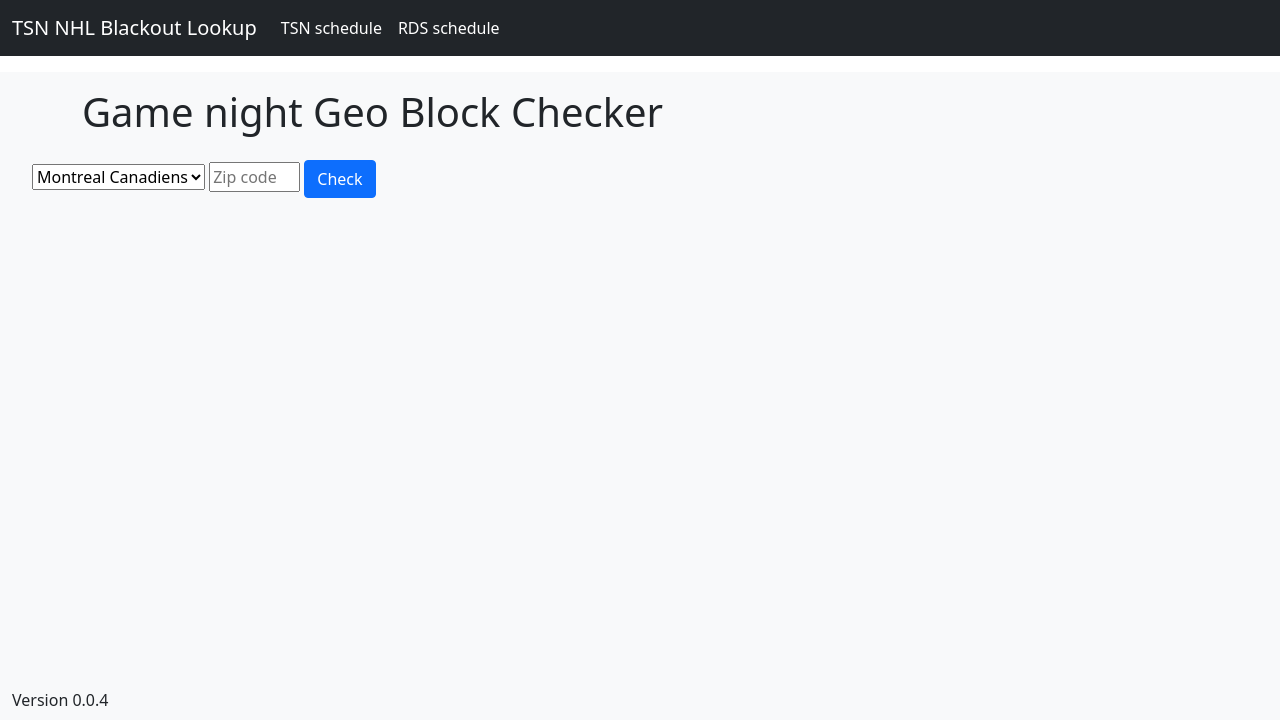
Repository: teban004/blackoutCheck
Page: index.html
These files come from the project's save history. The page is drawn as it stood at one moment and after the next save; the edit follows.
The browser window is 1280 px wide. The pictures show the whole page.

Above is the page before, as saved 2022-01-14 14:56:18.

### index.html
<!DOCTYPE html>
<html lang="en">
<head>
	<meta charset="UTF-8">
	<meta http-equiv="X-UA-Compatible" content="IE=edge">
	<meta name="viewport" content="width=device-width, initial-scale=1.0">
	<title>Blackout Check</title>
	<!-- favicon -->
	<link rel="icon" href="https://www.tsn.ca/content/dam/sports/images/favicon/tsn/favicon.ico" type="image/x-icon" sizes="16x16 32x32 48x48">
	<!-- CSS Section-->
	<link href="https://cdn.jsdelivr.net/npm/bootstrap@5.1.3/dist/css/bootstrap.min.css" rel="stylesheet" integrity="sha384-1BmE4kWBq78iYhFldvKuhfTAU6auU8tT94WrHftjDbrCEXSU1oBoqyl2QvZ6jIW3" crossorigin="anonymous">

	<link rel="stylesheet" href="https://cdnjs.cloudflare.com/ajax/libs/font-awesome/4.7.0/css/font-awesome.min.css">

	<link rel="stylesheet" href="./Content/app.css">

</head>
<body class="d-flex flex-column">

	<header>
		<nav class="navbar navbar-expand-lg navbar-dark bg-dark">
			<div class="container-fluid">
				<a class="navbar-brand" href="#">TSN NHL Blackout Lookup</a>
				<button class="navbar-toggler" type="button" data-bs-toggle="collapse" data-bs-target="#navbarSupportedContent" aria-controls="navbarSupportedContent" aria-expanded="false" aria-label="Toggle navigation">
					<span class="navbar-toggler-icon"></span>
				</button>
				<div class="collapse navbar-collapse" id="navbarSupportedContent">
					<ul class="navbar-nav ml-auto mb-2 mb-lg-0">
						<li class="nav-item">
							<a class="nav-link active" aria-current="page" href="https://www.tsn.ca/live/schedule" target="blank">TSN schedule</a>
						</li>
						<li class="nav-item">
							<a class="nav-link active" aria-current="page" href="https://www.rds.ca/emissions/horaire?axisVideoId=68996" target="blank">RDS schedule</a>
						</li>
					</ul>
				</div>
			</div>
		</nav>
	</header>

	<main class="container-fluid flex-fill p-3 my-3 bg-light text-dark">
		<div class="container">
			<h1>Game night Geo Block Checker</h1>
		</div>
		<div class="row">
			<div class="col-md-4">
				<div class="container p-3">
					<select name="team" id="team">
						<option value="Canadiens">Montreal Canadiens</option>
						<option value="Leafs">Toronto Leafs</option>
						<option value="Senators">Ottawa Senators</option>
						<option value="Jets">Winnipeg Jets</option>
					</select>
					<input type="text" name="zipCode" id="zipCode" maxlength="3" size="4" placeholder="Zip code">
					<button id="checkButton" class="btn btn-primary">Check</button>
				</div>
			</div>
			<div class="col-md-8">
				<div id="result"></div>
			</div>
		</div>
	</main>

	<footer>
		<nav class="navbar fixed-bottom navbar-secondary bg-light">
			<div class="container-fluid">
				<h7>Version 0.0.4</h7>
			</div>
		</nav>
	</footer>

	<!-- JavaScript Section-->
	<script src="https://cdn.jsdelivr.net/npm/bootstrap@5.1.3/dist/js/bootstrap.bundle.min.js" integrity="sha384-ka7Sk0Gln4gmtz2MlQnikT1wXgYsOg+OMhuP+IlRH9sENBO0LRn5q+8nbTov4+1p" crossorigin="anonymous"></script>

	<script src="./Scripts/app.js"></script>

</body>
</html>

### Content/app.css
/* custom css goes here */
body {
	min-height:100vh;
 }

 .flex-fill {
	flex:1 1 auto;
 }

### Scripts/app.js
/* custom scripts go here */

(function()
{

	// initialization function. Made it asynchronous so the text files can be loaded asynchronously
	async function Start()
	{
		// sending this message on the console just to know that this file has been loaded correctly and it's executing JavaScript
		console.log("App started...");

		// asynchronous function that loads a text file and returns the content as a string
		async function loadPostalCodes(fileLocation) {
			let response = await fetch(fileLocation);
			if( response.status != 200 ) {
				throw new Error("Couldn't fetch the file: " + fileLocation);
			}
			let retrievedString = await response.text();
			return retrievedString;
		}

		// load the zip codes from the source files
		console.log("Starting to load postal codes...");
		let fileName = "./Content/canadiens.csv";
		let text_data = await loadPostalCodes(fileName);
		let codesCanadiens = text_data.split('\n').map(elem => elem.trim()); // splits the text into array elements and trims each one of the elements
		fileName = "./Content/jets.csv";
		text_data = await loadPostalCodes(fileName);
		let codesJets = text_data.split('\n').map(elem => elem.trim()); // splits the text into array elements and trims each one of the elements
		fileName = "./Content/leafs.csv";
		text_data = await loadPostalCodes(fileName);
		let codesLeafs = text_data.split('\n').map(elem => elem.trim()); // splits the text into array elements and trims each one of the elements
		fileName = "./Content/senators.csv";
		text_data = await loadPostalCodes(fileName);
		let codesSenators = text_data.split('\n').map(elem => elem.trim()); // splits the text into array elements and trims each one of the elements

		console.log("Finished loading postal codes.");

		// function that checks if a zip code is valid or not (only the first 3 digits)
		let validZipCode = function(zipCode) {
			let regex = new RegExp(/^[A-Z]\d[A-Z]$/i);
			if ( zipCode.length == 3 && regex.test(zipCode))
				return true;  // returns true only when the zipCode complies with the regular expression
			else
				return false;
		};

		// function that checks if a zipCode is in blackout or not
		let checkBlackout = function(zipCode, team) {

			// get a reference to the HTML element with id=result
			let result = document.getElementById("result");

			if ( validZipCode(zipCode) ) {
				messageTxt = "<p>For the zip code: <b>" + zipCode + "</b></p><p>The <b>" + team + "</b> games are ";
				// check the blackout constraint according to the selected team
				switch( team ) {
					case "Leafs":
						if ( codesLeafs.includes(zipCode) ) {
							result.className = "alert alert-warning";
							messageTxt += "blocked.</p>";
						} else {
							result.className = "alert alert-success";
							messageTxt += "NOT blocked.</p>";
						}
						break;
					case "Canadiens":
						if ( codesCanadiens.includes(zipCode) ) {
							result.className = "alert alert-warning";
							messageTxt += "blocked.</p>";
						} else {
							result.className = "alert alert-success";
							messageTxt += "NOT blocked.</p>";
						}
						break;
					case "Senators":
						if ( codesSenators.includes(zipCode) ) {
							result.className = "alert alert-warning";
							messageTxt += "blocked.</p>";
						} else {
							result.className = "alert alert-success";
							messageTxt += "NOT blocked.</p>";
						}
						break;
					case "Jets":
						if ( codesJets.includes(zipCode) ) {
							result.className = "alert alert-warning";
							messageTxt += "blocked.</p>";
						} else {
							result.className = "alert alert-success";
							messageTxt += "NOT blocked.</p>";
						}
						break;
				}
				result.innerHTML = messageTxt;
			}
			else {
				result.className = "alert alert-danger";
				result.innerHTML = "<p>The zip code '<b>" + zipCode + "</b>' is not valid.</p>";
			}
		}; // end of checkBlackout

		// get a reference to the HTML element with id=zipCode
		let zipCodeTxtField = document.getElementById("zipCode");

		// get a reference to the HTML element with id=checkButton
		let checkButton = document.getElementById("checkButton");

		// add a callback function to the button when it's clicked
		checkButton.addEventListener("click", () => {
			// the functionality of the button goes here

			console.log("Check button was clicked!"); // checking that the click is being processed here

			// get the value from the zipCode txt field, and change it to uppercase
			let zipCode = document.getElementById("zipCode").value.toUpperCase();

			// check if the user entered the 3 characters of the zip code
			if ( isZipCodeComplete(zipCode) ) {
				// get a reference to the HTML element with id=team
				let team = document.getElementById("team").value;

				checkBlackout(zipCode, team);
			}
			else {
				// get a reference to the HTML element with id=result
				let result = document.getElementById("result");

				result.className = "alert alert-danger";
				result.innerHTML = "<p>Please enter the first 3 characters of the zip code.</p>";
			}
		});

		let isZipCodeComplete = function(zipCode) {
			if (zipCode.length >= 3)
				return true;
			else
				return false;
		}

		// add an event listener for every key pressed on the zipCode text field
		zipCodeTxtField.addEventListener("keyup", () => {
			// get the value from the zipCode txt field, and change it to uppercase
			let zipCode = document.getElementById("zipCode").value.toUpperCase();

			if( zipCode.length>2 ) {
				// get a reference to the HTML element with id=team
				let team = document.getElementById("team").value;

				checkBlackout(zipCode, team);
			}
		});

		// get a reference to the HTML element with id=team
		let teamInputSelect = document.getElementById("team");

		// add an event listener for every change on the team select
		teamInputSelect.addEventListener("change", () => {
			// get the value from the zipCode txt field, and change it to uppercase
			let zipCode = document.getElementById("zipCode").value.toUpperCase();

			if( zipCode.length>2 ) {
				// get a reference to the HTML element with id=team
				let team = document.getElementById("team").value;

				checkBlackout(zipCode, team);
			}
		});


	} // end of Start()

	// event listener, when the window has finished loading, it calls the Start function
	window.addEventListener("load", Start)

})();

After the next save:
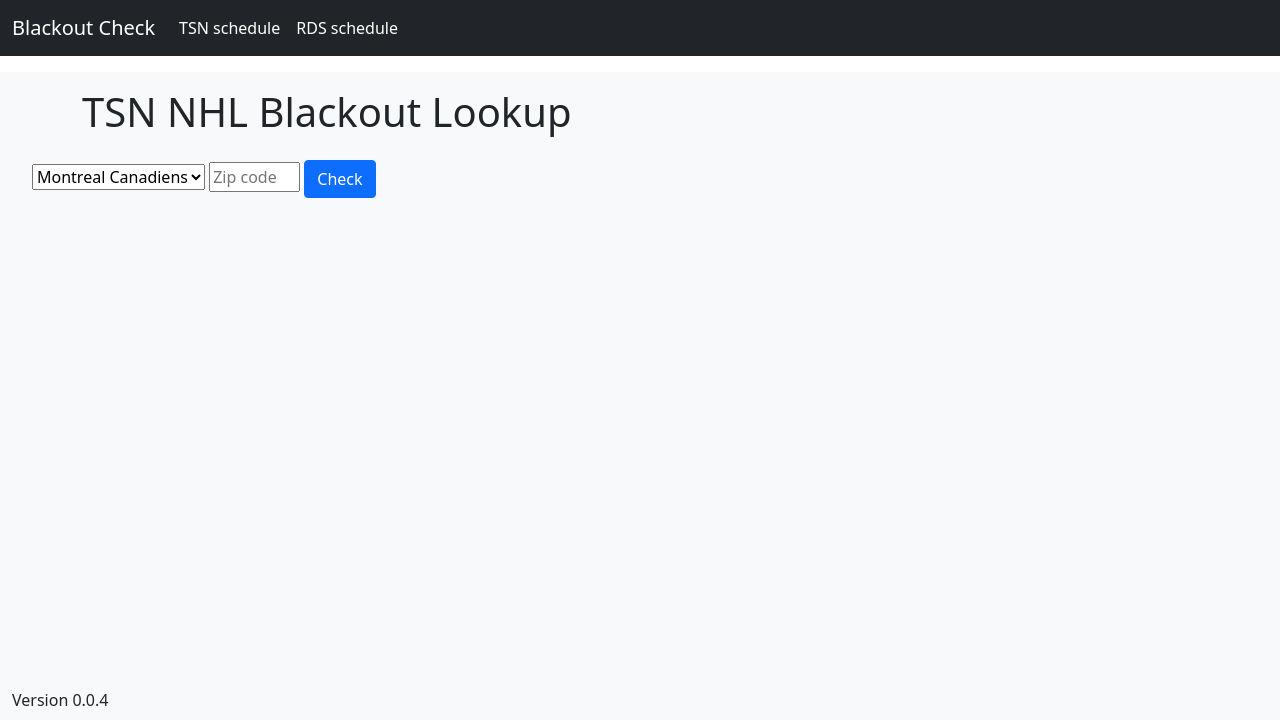
Saved 51 s later.
--- a/index.html
+++ b/index.html
@@ -20,7 +20,7 @@
 	<header>
 		<nav class="navbar navbar-expand-lg navbar-dark bg-dark">
 			<div class="container-fluid">
-				<a class="navbar-brand" href="#">TSN NHL Blackout Lookup</a>
+				<a class="navbar-brand" href="#">Blackout Check</a>
 				<button class="navbar-toggler" type="button" data-bs-toggle="collapse" data-bs-target="#navbarSupportedContent" aria-controls="navbarSupportedContent" aria-expanded="false" aria-label="Toggle navigation">
 					<span class="navbar-toggler-icon"></span>
 				</button>
@@ -40,7 +40,7 @@
 
 	<main class="container-fluid flex-fill p-3 my-3 bg-light text-dark">
 		<div class="container">
-			<h1>Game night Geo Block Checker</h1>
+			<h1>TSN NHL Blackout Lookup</h1>
 		</div>
 		<div class="row">
 			<div class="col-md-4">
